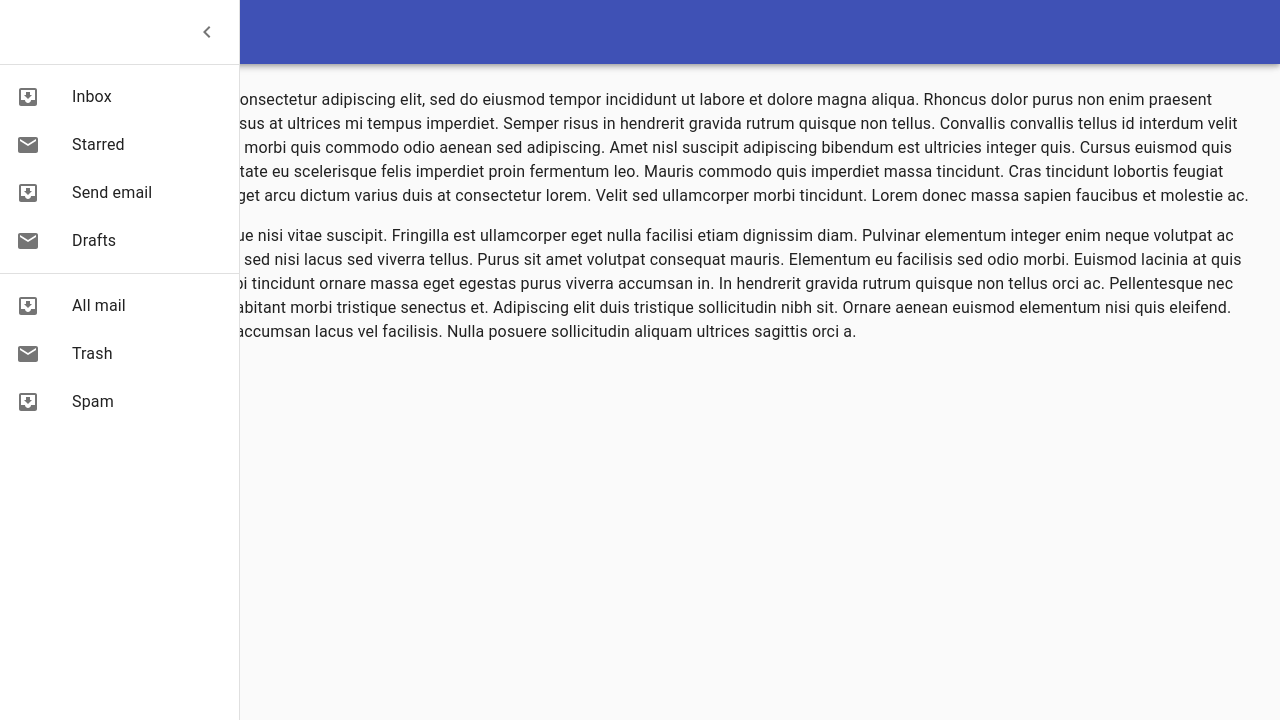
Repository: liaobushi520/react_fake_wechat
Page: /
An editor plug-in stored every save of this project. The page is shown before and after the next save, followed by the edit.
The browser window is 1280 px wide. The pictures show the whole page.
The project was rebuilt for these pictures with package versions that can differ from the ones it lists, and the page was loaded fresh each time.

Above is the page before, as saved 2019-10-29 18:09:00.

### src/index.tsx

import ReactDOM from 'react-dom';
import './index.css';
import App from './App';
import * as serviceWorker from './serviceWorker';
import * as React from 'react';
import PersistentDrawerLeft from './PersistentDrawerLeft';





ReactDOM.render(<PersistentDrawerLeft/> , document.getElementById('root'));

// If you want your app to work offline and load faster, you can change
// unregister() to register() below. Note this comes with some pitfalls.
// Learn more about service workers: https://bit.ly/CRA-PWA
serviceWorker.unregister();

### src/PersistentDrawerLeft.tsx
import React from 'react';
import clsx from 'clsx';
import { makeStyles, useTheme, Theme, createStyles } from '@material-ui/core/styles';
import Drawer from '@material-ui/core/Drawer';
import CssBaseline from '@material-ui/core/CssBaseline';
import AppBar from '@material-ui/core/AppBar';
import Toolbar from '@material-ui/core/Toolbar';
import List from '@material-ui/core/List';
import Typography from '@material-ui/core/Typography';
import Divider from '@material-ui/core/Divider';
import IconButton from '@material-ui/core/IconButton';
import MenuIcon from '@material-ui/icons/Menu';
import ChevronLeftIcon from '@material-ui/icons/ChevronLeft';
import ChevronRightIcon from '@material-ui/icons/ChevronRight';
import ListItem from '@material-ui/core/ListItem';
import ListItemIcon from '@material-ui/core/ListItemIcon';
import ListItemText from '@material-ui/core/ListItemText';
import InboxIcon from '@material-ui/icons/MoveToInbox';
import MailIcon from '@material-ui/icons/Mail';

const drawerWidth = 240;

const useStyles = makeStyles((theme: Theme) =>
    createStyles({
        root: {
            display: 'flex',
        },
        appBar: {
            transition: theme.transitions.create(['margin', 'width'], {
                easing: theme.transitions.easing.sharp,
                duration: theme.transitions.duration.leavingScreen,
            }),
        },
        appBarShift: {
            width: `calc(100% - ${drawerWidth}px)`,
            marginLeft: drawerWidth,
            transition: theme.transitions.create(['margin', 'width'], {
                easing: theme.transitions.easing.easeOut,
                duration: theme.transitions.duration.enteringScreen,
            }),
        },
        menuButton: {
            marginRight: theme.spacing(2),
        },
        hide: {
            display: 'none',
        },
        drawer: {
            width: drawerWidth,
            flexShrink: 0,
        },
        drawerPaper: {
            width: drawerWidth,
        },
        drawerHeader: {
            display: 'flex',
            alignItems: 'center',
            padding: theme.spacing(0, 1),
            ...theme.mixins.toolbar,
            justifyContent: 'flex-end',
        },
        content: {
            flexGrow: 1,
            padding: theme.spacing(3),
            transition: theme.transitions.create('margin', {
                easing: theme.transitions.easing.sharp,
                duration: theme.transitions.duration.leavingScreen,
            }),
            marginLeft: -drawerWidth,
        },
        contentShift: {
            transition: theme.transitions.create('margin', {
                easing: theme.transitions.easing.easeOut,
                duration: theme.transitions.duration.enteringScreen,
            }),
            marginLeft: 0,
        },
    }),
);


export default function PersistentDrawerLeft() {
    const classes = useStyles();
    const theme = useTheme();
    const [open, setOpen] = React.useState(false);


    const handleDrawerOpen = () => {
        setOpen(true);
    };

    const handleDrawerClose = () => {
        setOpen(false);
    };

    return (
        <div className={classes.root}>
            <CssBaseline />
            <AppBar
                position="fixed"
                className={clsx(classes.appBar, {
                    [classes.appBarShift]: open,
                })}
            >
                <Toolbar>
                    <IconButton
                        color="inherit"
                        aria-label="open drawer"
                        onClick={handleDrawerOpen}
                        edge="start"
                        className={clsx(classes.menuButton, open && classes.hide)}
                    >
                        <MenuIcon />
                    </IconButton>
                    <Typography variant="h6" noWrap>
                        Persistent drawer
                </Typography>
                </Toolbar>
            </AppBar>
            <Drawer
                className={classes.drawer}
                variant="permanent"
                anchor="left"
                open={open}
                classes={{
                    paper: classes.drawerPaper,
                }}
            >
                <div className={classes.drawerHeader}>
                    <IconButton onClick={handleDrawerClose}>
                        {theme.direction === 'ltr' ? <ChevronLeftIcon /> : <ChevronRightIcon />}
                    </IconButton>
                </div>
                <Divider />
                <List>
                    {['Inbox', 'Starred', 'Send email', 'Drafts'].map((text, index) => (
                        <ListItem button key={text}>
                            <ListItemIcon>{index % 2 === 0 ? <InboxIcon /> : <MailIcon />}</ListItemIcon>
                            <ListItemText primary={text} />
                        </ListItem>
                    ))}
                </List>
                <Divider />
                <List>
                    {['All mail', 'Trash', 'Spam'].map((text, index) => (
                        <ListItem button key={text}>
                            <ListItemIcon>{index % 2 === 0 ? <InboxIcon /> : <MailIcon />}</ListItemIcon>
                            <ListItemText primary={text} />
                        </ListItem>
                    ))}
                </List>
            </Drawer>
            <main
                className={clsx(classes.content, {
                    [classes.contentShift]: open,
                })}
            >
                <div className={classes.drawerHeader} />
                <Typography paragraph>
                    Lorem ipsum dolor sit amet, consectetur adipiscing elit, sed do eiusmod tempor incididunt
                    ut labore et dolore magna aliqua. Rhoncus dolor purus non enim praesent elementum
                    facilisis leo vel. Risus at ultrices mi tempus imperdiet. Semper risus in hendrerit
                    gravida rutrum quisque non tellus. Convallis convallis tellus id interdum velit laoreet id
                    donec ultrices. Odio morbi quis commodo odio aenean sed adipiscing. Amet nisl suscipit
                    adipiscing bibendum est ultricies integer quis. Cursus euismod quis viverra nibh cras.
                    Metus vulputate eu scelerisque felis imperdiet proin fermentum leo. Mauris commodo quis
                    imperdiet massa tincidunt. Cras tincidunt lobortis feugiat vivamus at augue. At augue eget
                    arcu dictum varius duis at consectetur lorem. Velit sed ullamcorper morbi tincidunt. Lorem
                    donec massa sapien faucibus et molestie ac.
              </Typography>
                <Typography paragraph>
                    Consequat mauris nunc congue nisi vitae suscipit. Fringilla est ullamcorper eget nulla
                    facilisi etiam dignissim diam. Pulvinar elementum integer enim neque volutpat ac
                    tincidunt. Ornare suspendisse sed nisi lacus sed viverra tellus. Purus sit amet volutpat
                    consequat mauris. Elementum eu facilisis sed odio morbi. Euismod lacinia at quis risus sed
                    vulputate odio. Morbi tincidunt ornare massa eget egestas purus viverra accumsan in. In
                    hendrerit gravida rutrum quisque non tellus orci ac. Pellentesque nec nam aliquam sem et
                    tortor. Habitant morbi tristique senectus et. Adipiscing elit duis tristique sollicitudin
                    nibh sit. Ornare aenean euismod elementum nisi quis eleifend. Commodo viverra maecenas
                    accumsan lacus vel facilisis. Nulla posuere sollicitudin aliquam ultrices sagittis orci a.
              </Typography>
            </main>
        </div>
    );
}

Loaded but not shown: public/index.html (common file); src/index.css (common file); src/serviceWorker.ts (common file)

After the next save:
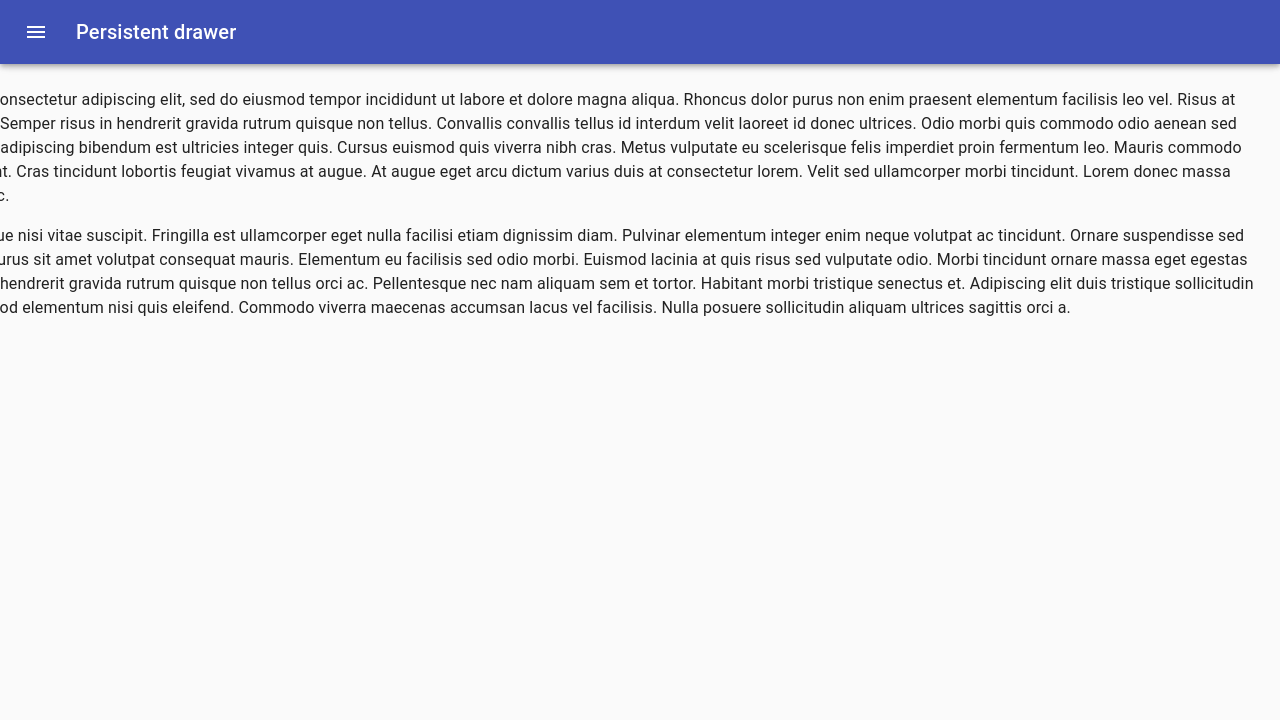
Saved 90 s later.
--- a/src/PersistentDrawerLeft.tsx
+++ b/src/PersistentDrawerLeft.tsx
@@ -119,7 +119,7 @@ export default function PersistentDrawerLeft() {
             </AppBar>
             <Drawer
                 className={classes.drawer}
-                variant="permanent"
+                variant="temporary"
                 anchor="left"
                 open={open}
                 classes={{
